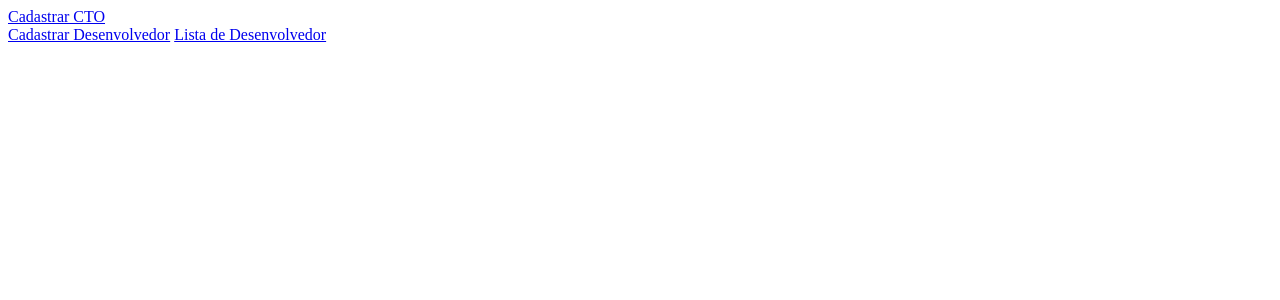
Repository: OmagnetFirel/basico-javaweb
Page: DEVManager/src/main/webapp/index.html
An editor plug-in stored every save of this project. The page is shown before and after the next save, followed by the edit.
The browser window is 1280 px wide. The pictures show the whole page.

Above is the page before, as saved 2023-04-16 21:15:29.

### DEVManager/src/main/webapp/index.html

<!DOCTYPE html5>
<html>
<head>
<meta charset="ISO-8859-1">
<title>TM - Home</title>
</head>
<body>
	<a href="frmcadastrarcto.jsp">Cadastrar CTO</a><br>
	<a href="ListarTodasEquipes?np=/ListarTodosGestores?np=/frmCadastrarDesenvolvedor.jsp">Cadastrar Desenvolvedor</a>
	<a href="ListarTodosDesenvolvedores?np=/listarDesenvolvedores.jsp">Lista de Desenvolvedor</a>

</body>
</html>

After the next save:
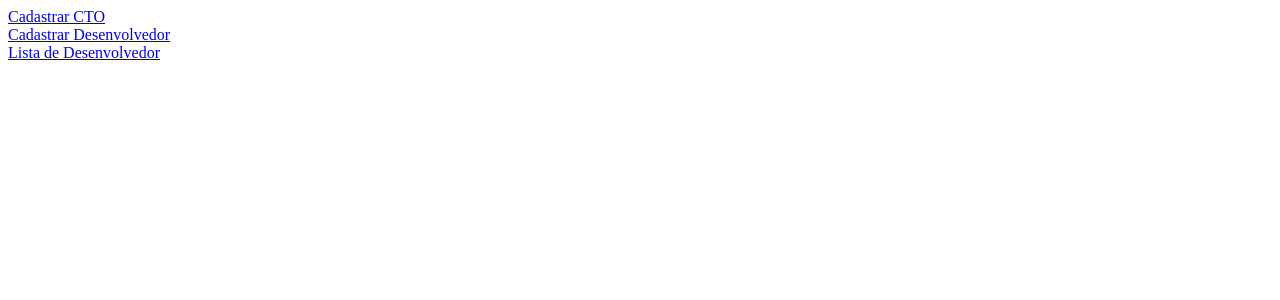
Saved 12 s later.
--- a/DEVManager/src/main/webapp/index.html
+++ b/DEVManager/src/main/webapp/index.html
@@ -7,7 +7,7 @@
 </head>
 <body>
 	<a href="frmcadastrarcto.jsp">Cadastrar CTO</a><br>
-	<a href="ListarTodasEquipes?np=/ListarTodosGestores?np=/frmCadastrarDesenvolvedor.jsp">Cadastrar Desenvolvedor</a>
+	<a href="ListarTodasEquipes?np=/ListarTodosGestores?np=/frmCadastrarDesenvolvedor.jsp">Cadastrar Desenvolvedor</a><br>
 	<a href="ListarTodosDesenvolvedores?np=/listarDesenvolvedores.jsp">Lista de Desenvolvedor</a>
 
 </body>
